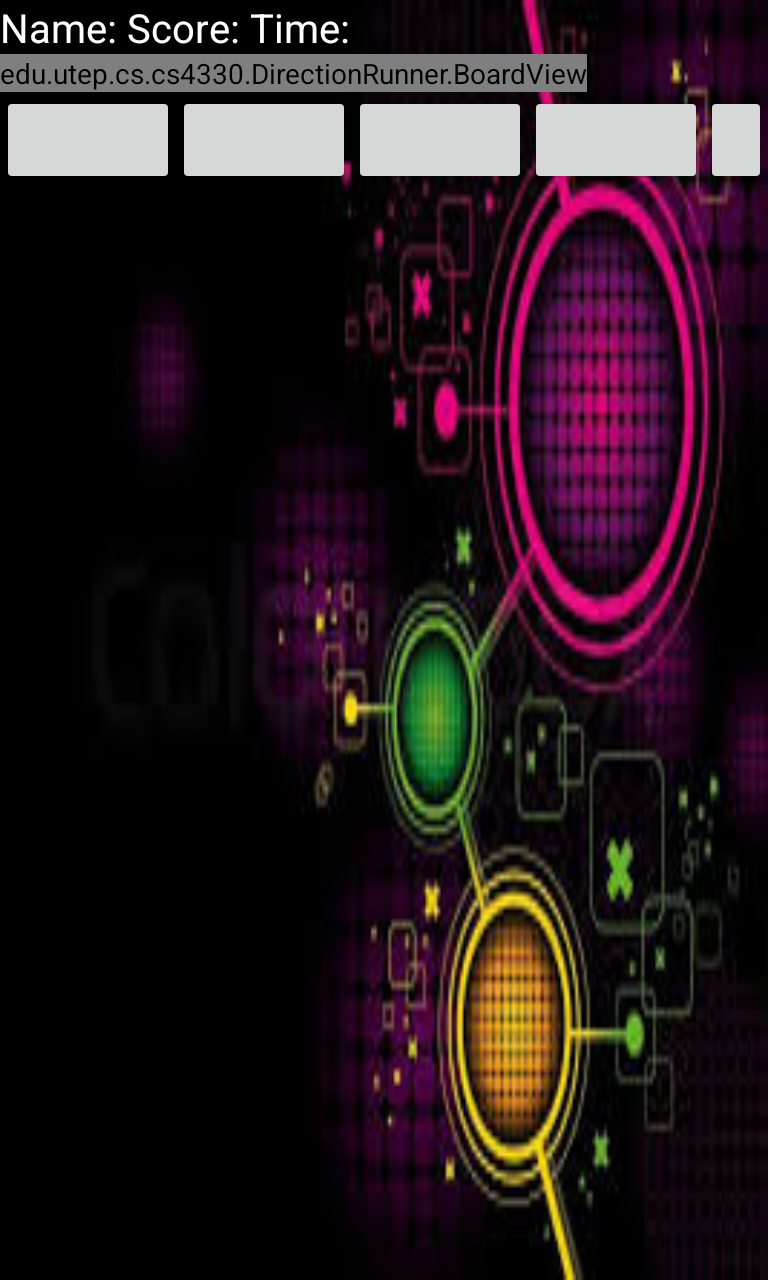
Repository: RedJaVa68/DirectionRunner
Layout: DirectionRunner/res/layout/game_activity.xml
These files come from the project's save history. The layout is drawn as it stood at one moment and after the next save; the edit follows.
Pictures or frames that could not be fetched are drawn as grey boxes. It is drawn on a 768 x 1280 px phone screen (xhdpi) without system bars, with theme AppTheme; the app's code is not run.

Above is the layout before, as saved 2015-05-06 05:09:16.

### DirectionRunner/res/layout/game_activity.xml
<?xml version="1.0" encoding="utf-8"?>
<LinearLayout xmlns:android="http://schemas.android.com/apk/res/android"
    android:layout_width="match_parent"
    android:layout_height="match_parent"
    android:orientation="vertical"
    android:background="@drawable/bg">
    <LinearLayout
        android:layout_width="wrap_content"
        android:layout_height="wrap_content"
        android:orientation="horizontal">
        <TextView
            android:id="@+id/Name: "
            android:layout_width="wrap_content"
            android:layout_height="wrap_content"
            android:text="Name: "
            android:textSize="20sp"
            android:textColor="#ffffff"/>"
        <TextView
            android:id="@+id/scoreText"
            android:layout_width="wrap_content"
            android:layout_height="wrap_content"
            android:text="Score: "
            android:textSize="20sp"
            android:textColor="#ffffff"/>

        <TextView
            android:id="@+id/clock"
            android:layout_width="wrap_content"
            android:layout_height="wrap_content"
            android:text="Time: "
            android:textSize="20sp"
            android:textColor="#ffffff"/>

    </LinearLayout>
    <edu.utep.cs.cs4330.DirectionRunner.BoardView
        android:id="@+id/boardView"
        android:layout_width="wrap_content"
        android:layout_height="wrap_content"
        android:layout_above="@+id/button1"
        />
    <LinearLayout
        android:layout_width="wrap_content"
        android:layout_height="wrap_content"
        android:orientation="horizontal">
        <Button
        	android:id="@+id/button1"
        	android:layout_width="wrap_content"
        	android:layout_height="wrap_content"
        	android:onClick="button1"/>
        <Button
            android:id="@+id/button2"
            android:layout_width="wrap_content"
            android:layout_height="wrap_content"
            android:onClick="button2"/>
        <Button
        	android:id="@+id/button3"
        	android:layout_width="wrap_content"
        	android:layout_height="wrap_content"
        	android:onClick="button3"/>
        <Button
            android:id="@+id/button4"
            android:layout_width="wrap_content"
            android:layout_height="wrap_content"
            android:onClick="button4"/>
        <Button
        	android:id="@+id/button5"
        	android:layout_width="wrap_content"
        	android:layout_height="wrap_content"
        	android:onClick="button5"/>
    </LinearLayout>
</LinearLayout>

Loaded but not shown: DirectionRunner/res/values/styles.xml (common file); DirectionRunner/res/values-v11/styles.xml (common file); DirectionRunner/res/values-v14/styles.xml (common file)

After the next save:
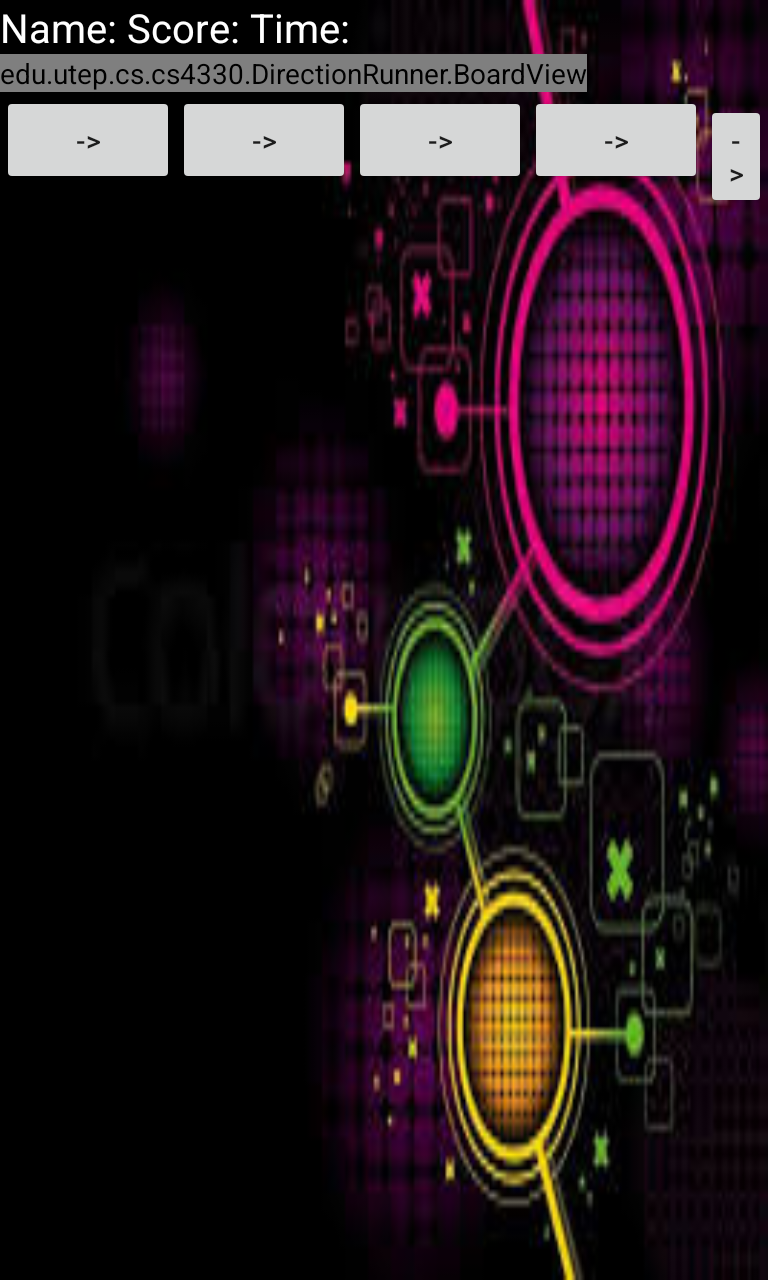
Saved 72 s later.
--- a/DirectionRunner/res/layout/game_activity.xml
+++ b/DirectionRunner/res/layout/game_activity.xml
@@ -46,26 +46,31 @@
         	android:id="@+id/button1"
         	android:layout_width="wrap_content"
         	android:layout_height="wrap_content"
+        	android:text="->"
         	android:onClick="button1"/>
         <Button
             android:id="@+id/button2"
             android:layout_width="wrap_content"
             android:layout_height="wrap_content"
+            android:text="->"
             android:onClick="button2"/>
         <Button
         	android:id="@+id/button3"
         	android:layout_width="wrap_content"
         	android:layout_height="wrap_content"
+        	android:text="->"
         	android:onClick="button3"/>
         <Button
             android:id="@+id/button4"
             android:layout_width="wrap_content"
             android:layout_height="wrap_content"
+            android:text="->"
             android:onClick="button4"/>
         <Button
         	android:id="@+id/button5"
         	android:layout_width="wrap_content"
         	android:layout_height="wrap_content"
+        	android:text="->"
         	android:onClick="button5"/>
     </LinearLayout>
 </LinearLayout>
